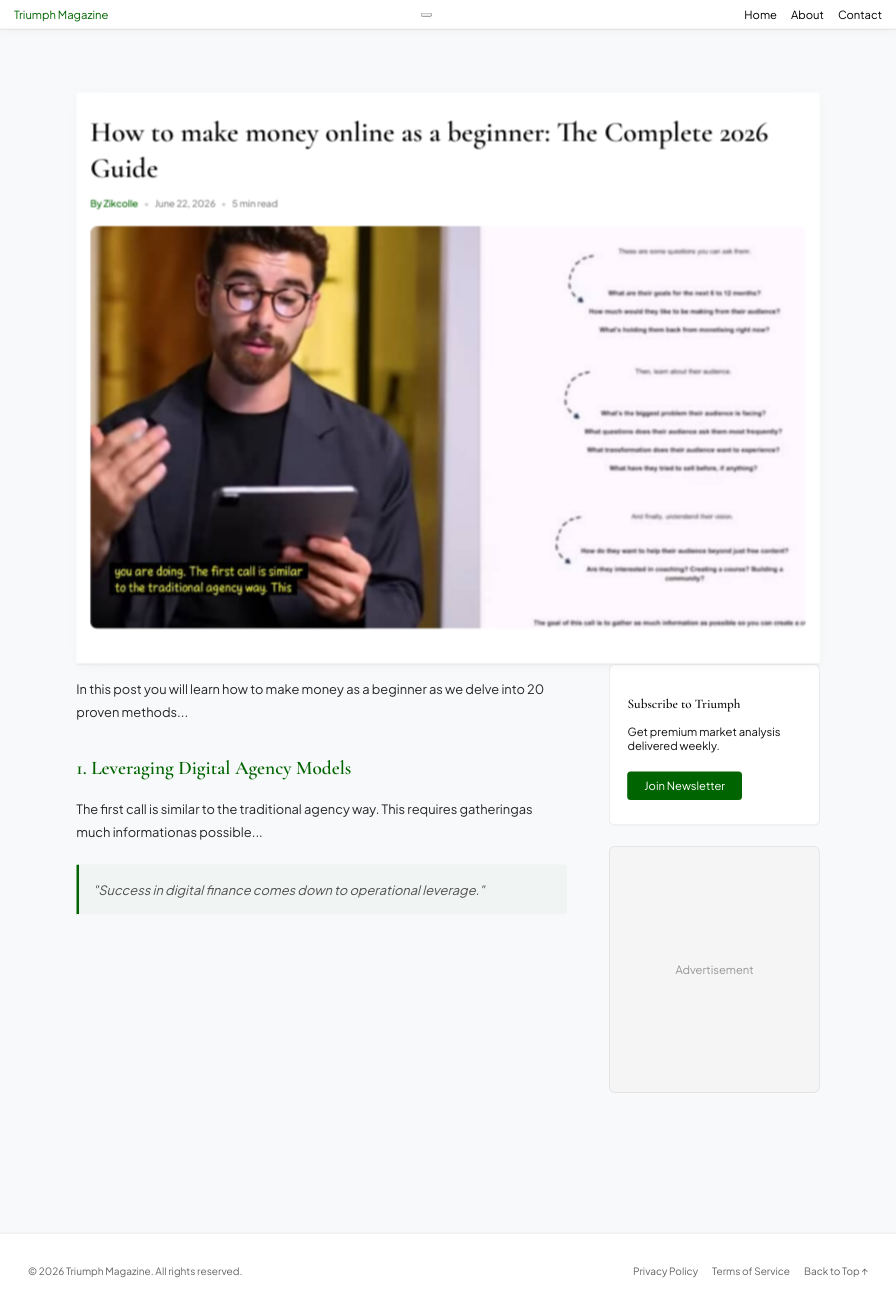
Repository: zikcolle/Triumph-Blog
Page: post.html
The author's editor kept a copy of each file at every save. The page is drawn from the files as they stood at one save, then again after the next save.
The browser window is 1280 px wide. The pictures show the whole page, at 70% of full size.

Above is the page before, as saved 2026-06-23 12:16:16.

After the next save:
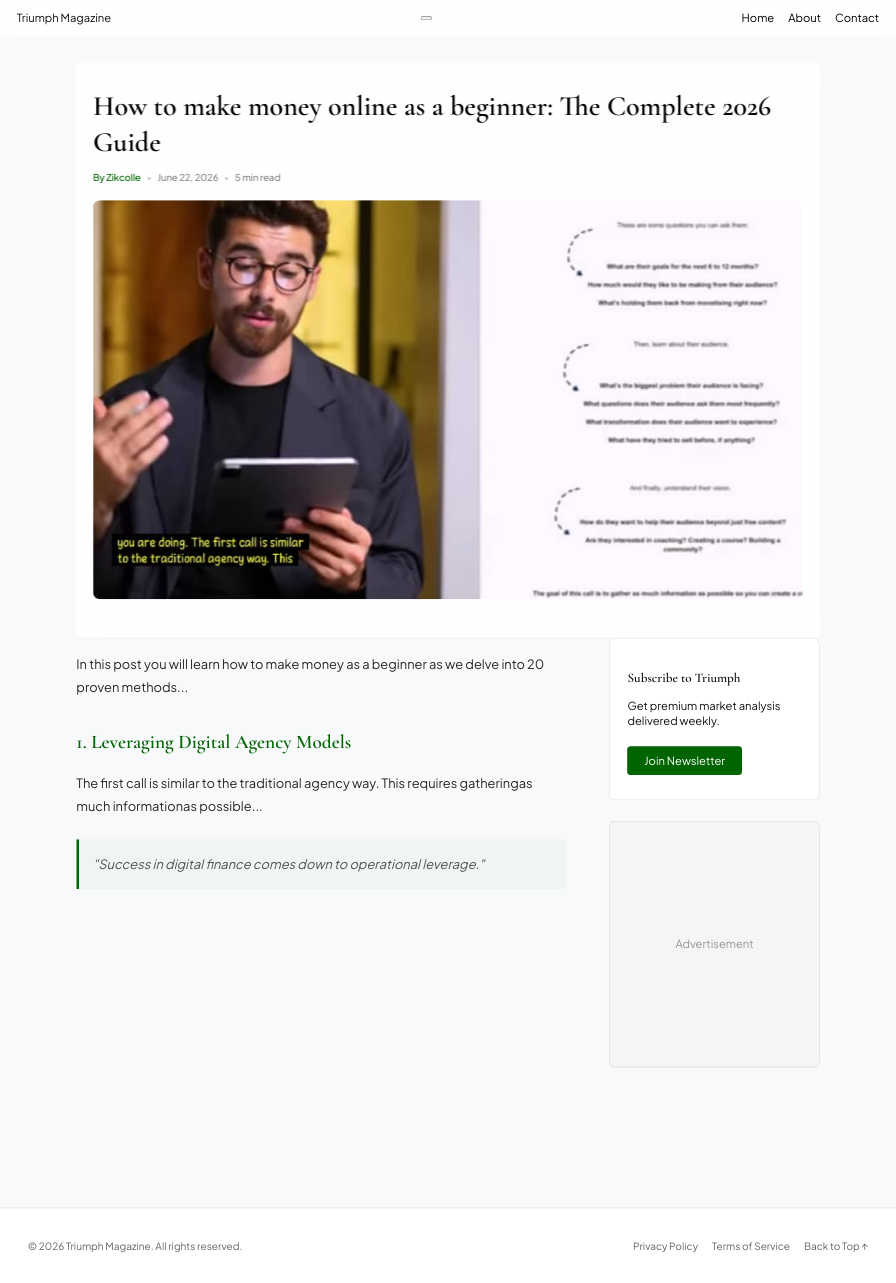
Saved 45 s later.
--- a/styles.css
+++ b/styles.css
@@ -13,17 +13,17 @@ h1, h2, h3, .brand-logo {
 }
 
 header {
-    position: relative;
-    z-index: 9999 !important;
-    background-color: rgba(255, 255, 255, 0.92);
-    padding: 10px 20px;
-    border-bottom: 1px solid rgba(0, 0, 0, 0.108);
+    position: fixed; /* Keeps navigation fixed at the top while scrolling */
+    top: 0;
+    left: 0;
+    width: 100%;
+    z-index: 9999;
+    background-color: rgba(255, 255, 255, 0.85);
     backdrop-filter: blur(20px) saturate(180%);
     -webkit-backdrop-filter: blur(20px) saturate(180%);
-    box-shadow: 0 1px 0 rgba(0, 0, 0, 0.04), 0 2px 16px rgba(0, 0, 0, 0.04);
-    color: rgb(0, 101, 0);
-    width: 100%;
+    border-bottom: 1px solid rgba(0, 0, 0, 0.06);
     box-sizing: border-box;
+    padding: 15px 24px;
 }
 
 nav {
